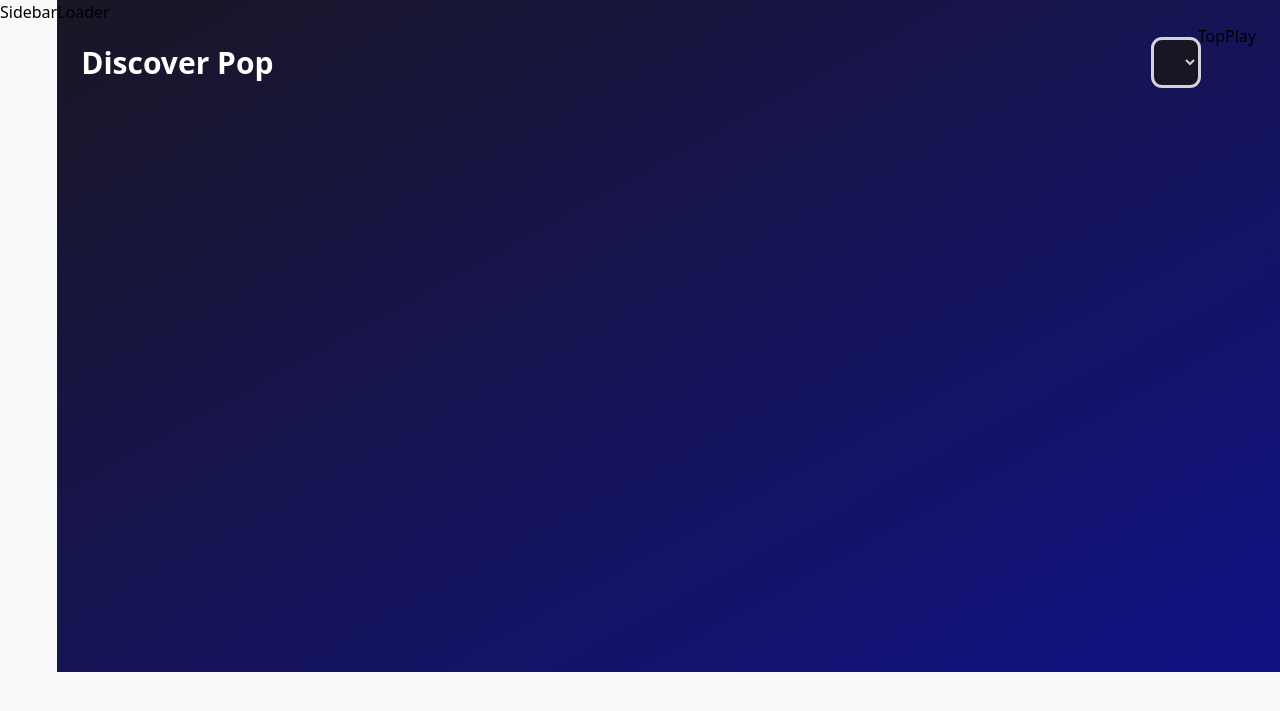
Repository: Goldmyn/GoldStarMusic
Page: /
These files come from the project's save history. The page is drawn as it stood at one moment and after a run of saves; the edit follows.
The browser window is 1280 px wide. The pictures show the whole page.
The project was rebuilt for these pictures with package versions that can differ from the ones it lists, and the page was loaded fresh each time. Also part of the build but not shown: vite.config.js, src/components/SongCard.jsx, src/components/ArtistCard.jsx, src/components/DetailsHeader.jsx, src/components/PlayPause.jsx, src/components/SongBar.jsx, src/components/RelatedSongs.jsx, src/components/MusicPlayer/Controls.jsx and 13 more.

Above is the page before, as saved 2022-09-30 12:55:01.

After the next 4 saves:
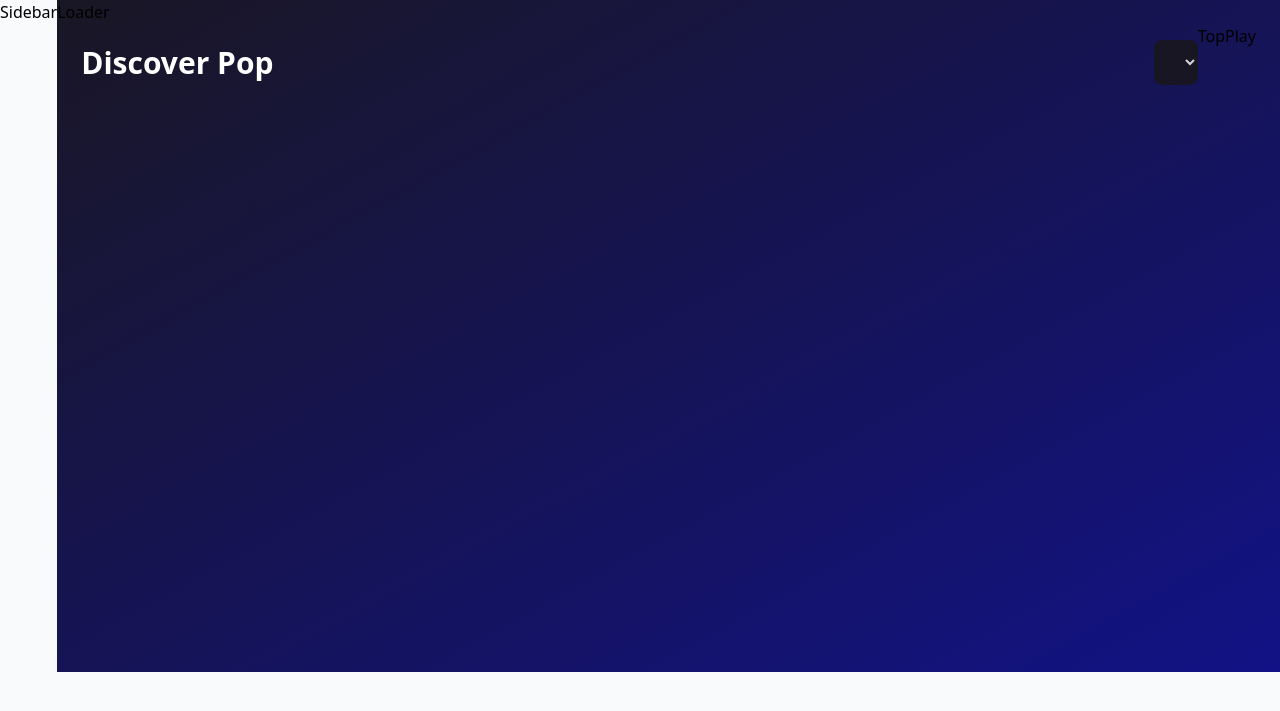
The 4 saves are shown as one change because they came seconds apart.
The last was saved 11 s later.
--- a/src/pages/Discover.jsx
+++ b/src/pages/Discover.jsx
@@ -12,7 +12,7 @@ const Discover = () => {
                 <h2 className="font-bold text-3xl text-white text-left">
                     Discover {genreTitle}
                 </h2>
-                <select className="bg-black text-gray-300 p-3 text-sm rounded-lg outline">
+                <select className="bg-black text-gray-300 p-3 text-sm rounded-lg outline-none sm:mt-0">
 
                 </select>
             </div>
